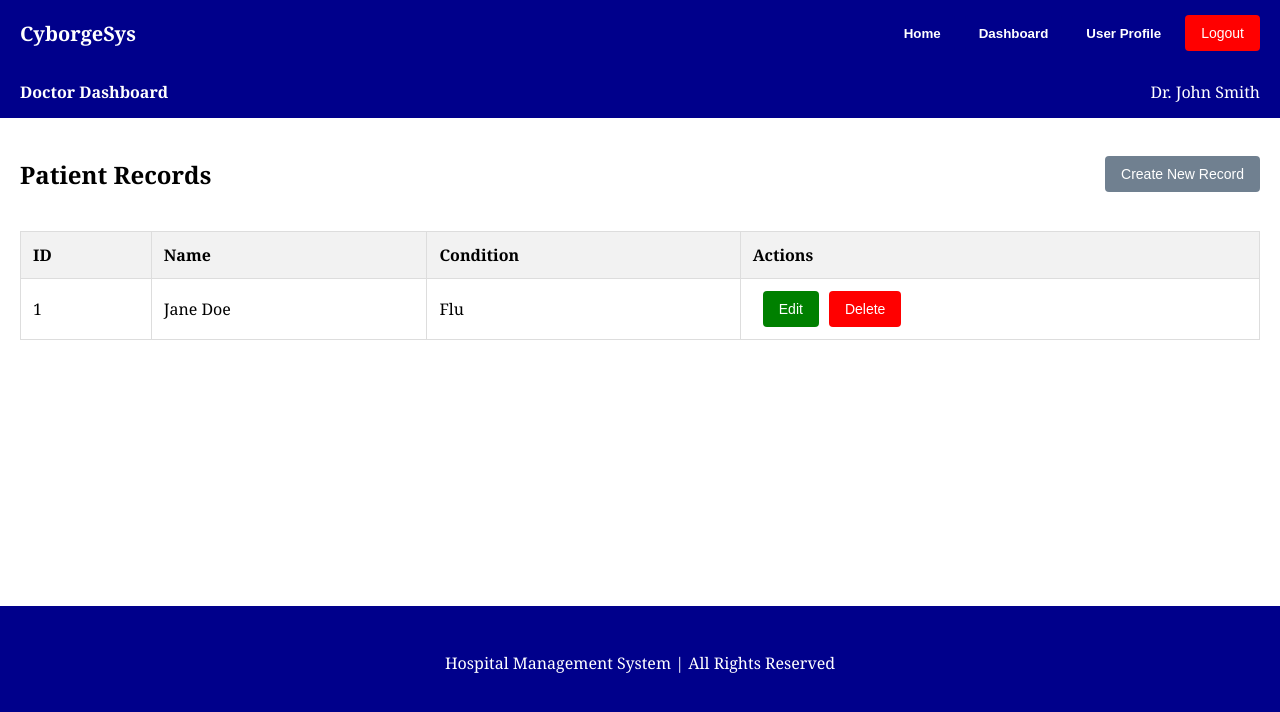
Repository: BinuriJ/HospitalSystem
Page: http://localhost/CyborgSys/DoctorDashboard.jsp
An editor plug-in stored every save of this project. The page is shown before and after the next save, followed by the edit.
The browser window is 1280 px wide. The pictures show the whole page.
The pointer rests on the first visible `.btn-create`.
The page is served by Tomcat 9.

Above is the page before, as saved 2025-05-09 17:59:18.

### CyborgSys/WebContent/DoctorDashboard.jsp
<%@ page language="java" contentType="text/html; charset=UTF-8" pageEncoding="UTF-8"%>
<%@ include file="DocterDashboardstyles.jsp" %>
<!DOCTYPE html>
<html>
<head>
    <meta charset="UTF-8">
    <title>Doctor Dashboard</title>
    <style>
    	<jsp:include page="footerCss.jsp" />
    </style>
</head>
<body>

<jsp:include page="header.jsp" />

<div class="top-bar">
    <div><strong>Doctor Dashboard</strong></div>
    <div>
        <span>Dr. John Smith</span>
    </div>
</div>



<div class="container">
    <div class="header">
        <h2>Patient Records</h2>
        <button class="btn btn-create">Create New Record</button>
    </div>

    <table>
        <thead>
            <tr>
                <th>ID</th>
                <th>Name</th>
                <th>Condition</th>
                <th>Actions</th>
            </tr>
        </thead>
        <tbody>
            <tr>
                <td>1</td>
                <td>Jane Doe</td>
                <td>Flu</td>
                <td>
                    <div class="actions">
                    	<br>
                        <button class="btn btn-edit">Edit</button>
                        <button class="btn btn-delete">Delete</button>
                    </div>
                </td>
            </tr>
        </tbody>
    </table>
</div>

 <!-- Include the footer -->
        <jsp:include page="footer.jsp" />

</body>
</html>

### CyborgSys/WebContent/DocterDashboardstyles.jsp
<style>
body {
    font-family: Cambria, sans-serif;
    margin: 0;
    background-color: white;
}

.top-bar {
    background-color: darkblue;
    color: white;
    padding: 15px 20px;
    display: flex;
    justify-content: space-between;
    align-items: center;
}

.container {
    padding: 20px;
}

.header {
    display: flex;
    justify-content: space-between;
    align-items: center;
    margin-bottom: 20px;
}

.btn {
    padding: 10px 16px;
    border: none;
    border-radius: 4px;
    cursor: pointer;
    font-size: 14px;
}

.btn-create {
    background-color: green;
    color: white;
}

.btn-create:hover {
    background-color: slategray;
}

.btn-edit {
    background-color: green;
    color: white;
}

.btn-delete {
    background-color: red;
    color: white;
}


table {
    width: 100%;
    border-collapse: collapse;
    background-color: white;
}

th, td {
    border: 1px solid #ddd;
    padding: 12px;
    text-align: left;
}

th {
    background-color: #f2f2f2;
}

.actions {
    display: flex;
    gap: 10px;
}
</style>

### CyborgSys/WebContent/footerCss.jsp
<style>

html, body {
    height: 100%; /* Make the html and body take full height of the viewport */
}

body {
    display: flex;
    flex-direction: column; /* Use flexbox to arrange content vertically */
    min-height: 100vh; /* Make body take the full height of the viewport */
}

.container {
    flex: 1; /* Let the main content expand to fill the available space */
}

footer {
    background-color: darkblue; /* Dark background for the footer */
    color: white; /* White text */
    padding: 10px 0; /* Padding for the footer */
    text-align: center; /* Center the footer text */
}

</style>

### CyborgSys/WebContent/header.jsp
<%@ page language="java" contentType="text/html; charset=UTF-8" pageEncoding="UTF-8"%>
<%@ include file="HeaderCss.jsp" %>
<!DOCTYPE html>
<html>
<head>
  <meta charset="UTF-8">
  <title>Common Header</title>
</head>
<body>

<div class="nav-header">
  <div class="logo">CyborgeSys</div>
  <div class="nav-buttons">
    <button class="header-btn">Home</button>
    <button class="header-btn">Dashboard</button>
    <button class="header-btn">User Profile</button>
    <button class="btn btn-logout">Logout</button>
  </div>
</div>

</body>
</html>

### CyborgSys/WebContent/HeaderCss.jsp
<style>
body {
  margin: 0;
  font-family: Cambria, sans-serif;
}

.nav-header {
  background-color: darkblue;
  padding: 15px 20px;
  display: flex;
  justify-content: space-between;
  align-items: center;
  color: white;
}

.logo {
  font-size: 20px;
  font-weight: bold;
}

.nav-buttons {
  display: flex;
  gap: 10px;
}

.header-btn {
  background-color: darkblue;
  color: white;
  border: none;
  padding: 8px 14px;
  border-radius: 4px;
  cursor: pointer;
  font-weight: bold;
}

.header-btn:hover {
  background-color: slategray;
}

.btn-logout {
  background-color: red;
  color: white;
}

.btn-logout:hover {
  background-color: darkred;
}
</style>

### CyborgSys/WebContent/footer.jsp
<!-- footer.jsp -->
<footer class="bg-dark text-light py-3">
    <div class="container text-center">
        <p>Hospital Management System | All Rights Reserved</p>
    </div>
</footer>

After the next save:
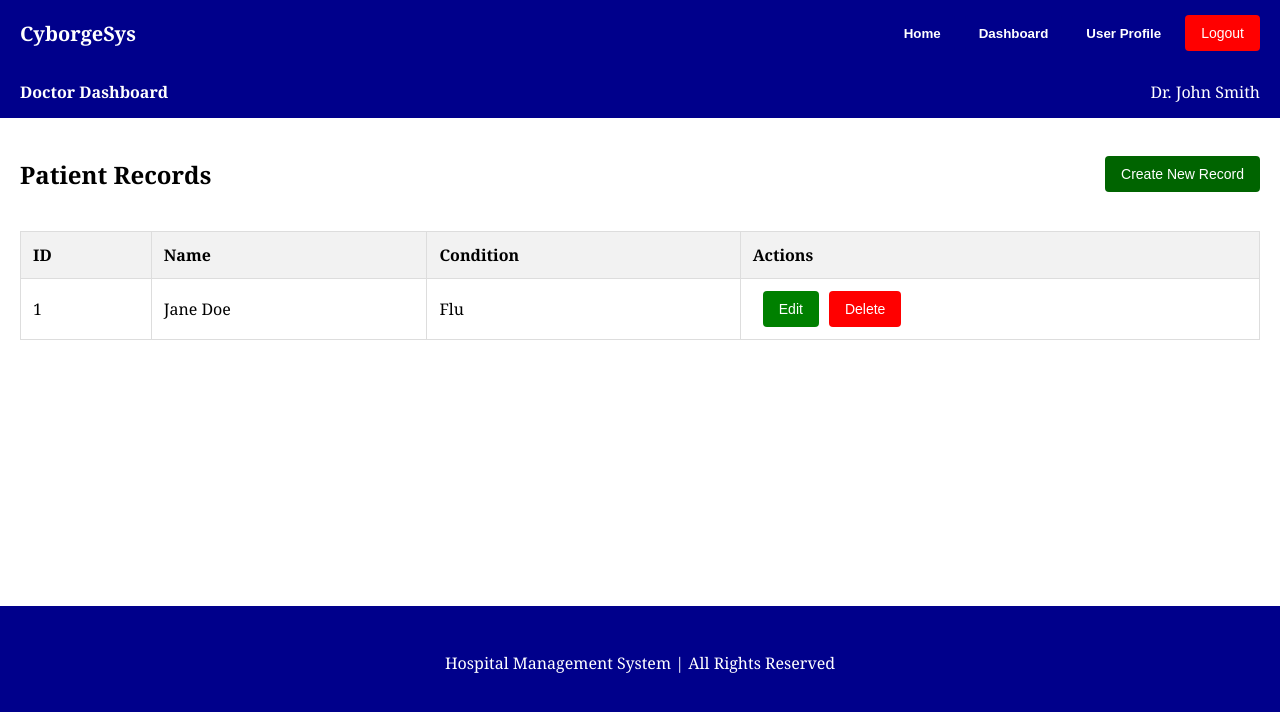
Saved 24 s later.
--- a/CyborgSys/WebContent/DocterDashboardstyles.jsp
+++ b/CyborgSys/WebContent/DocterDashboardstyles.jsp
@@ -39,7 +39,7 @@ body {
 }
 
 .btn-create:hover {
-    background-color: slategray;
+    background-color: darkgreen;
 }
 
 .btn-edit {
